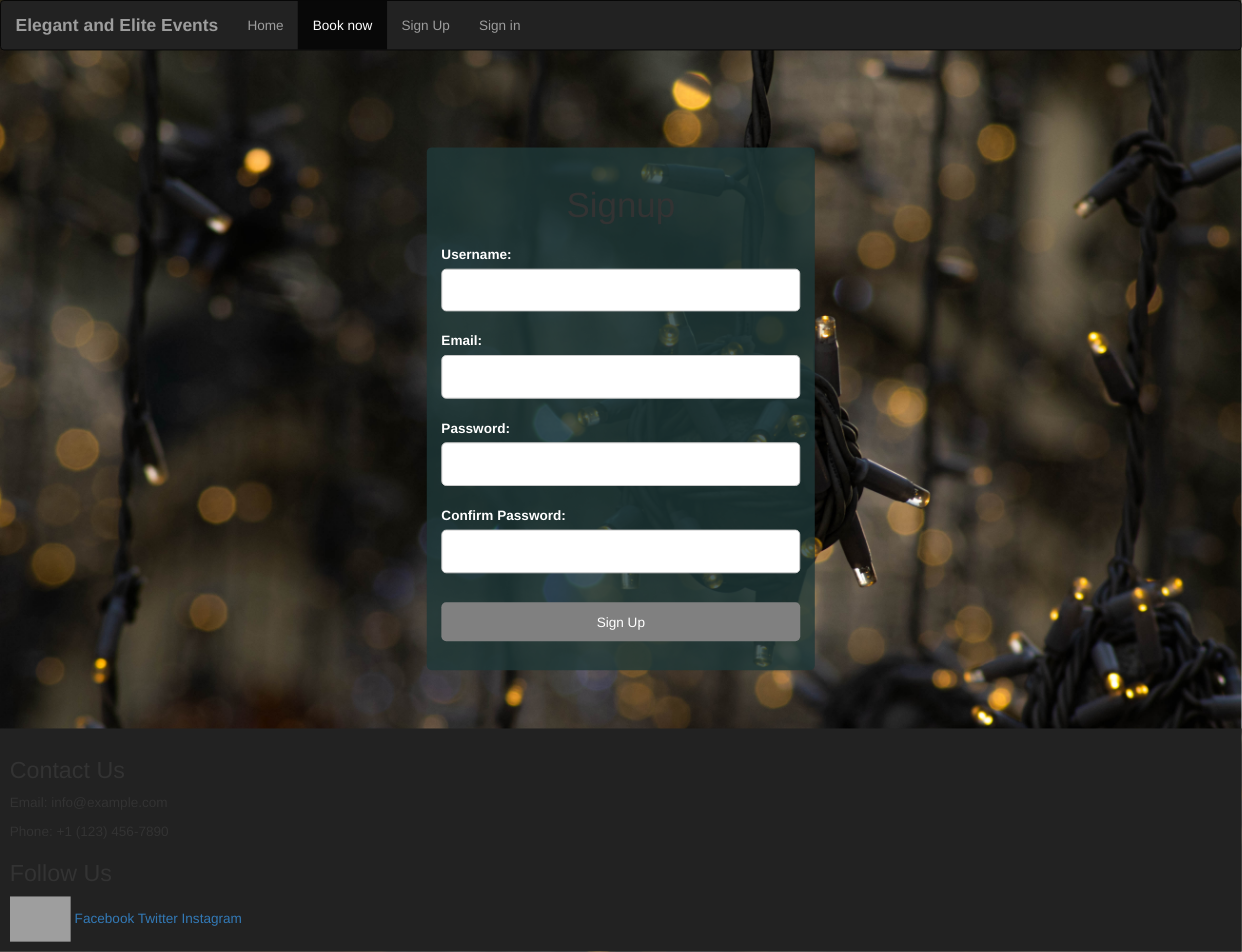
Repository: it22272690/Event-Planning-System
Page: http://localhost/PaymentDemo/Signup.jsp
The author's editor kept a copy of each file at every save. The page is drawn from the files as they stood at one save, then again after the next save.
The browser window is 1280 px wide. The pictures show the whole page, at 97% of full size.
Pictures or frames that could not be fetched are drawn as grey boxes. The page is served by Tomcat 10. Other server files are loaded and not shown.

Above is the page before, as saved 2023-10-23 15:49:21.

### PaymentDemo/src/main/webapp/Signup.jsp
<%@ page language="java" contentType="text/html; charset=ISO-8859-1"
    pageEncoding="ISO-8859-1"%>


<!DOCTYPE html>
<html lang="en">
<head>

    <meta charset="UTF-8">
    <meta name="viewport" content="width=device-width, initial-scale=1.0">
    <title>Event Planning System Signup</title>
    <link rel="stylesheet" href="css\signup.css">
     <title>Bootstrap Example</title>
    <meta charset="utf-8">
    <meta name="viewport" content="width=device-width, initial-scale=1">
    <link rel="stylesheet" href="https://maxcdn.bootstrapcdn.com/bootstrap/3.4.1/css/bootstrap.min.css">
    <script src="https://ajax.googleapis.com/ajax/libs/jquery/3.6.4/jquery.min.js"></script>
    <script src="https://maxcdn.bootstrapcdn.com/bootstrap/3.4.1/js/bootstrap.min.js"></script>
</head>
<body>
    <header>

        <nav class="navbar navbar-inverse">

            <div class="container-fluid">
                <div class="navbar-header">

                    <a class="navbar-brand" href="#"><b>Elegant and Elite Events</b></a>

                </div>
                <ul class="nav navbar-nav">

                    <li ><a href="Home.jsp">Home</a></li>
                    <li class="active"><a href="Navigate.jsp">Book now</a></liclass="active">
                    <li><a href="Signup.jsp">Sign Up</a></li>
                    <li><a href="Signin.jsp">Sign in</a></li>


                </ul>
            </div>
        </nav>

    </header>
</head>
<body>
<style>
   body {

            background-image: url("images/signup.jpg");

        }
        footer {
    background-color: #222; /* Dark background for footer */
    padding: 10px;
    text-align: left;
}
</style>
    <br><br><br><br>
    <div class="container">
        <h1>Signup </h1>
        <form id="signupForm" action="Signin.jsp" method="post">
            <label for="username">Username:</label>
            <input type="text" id="username" name="username" required>

            <label for="email">Email:</label>
            <input type="email" id="email" name="email" required>

            <label for="password">Password:</label>
            <input type="password" id="password" name="password" required>

            <label for="confirmPassword">Confirm Password:</label>
            <input type="password" id="confirmPassword" name="confirmPassword" required><br>

            <button type="submit">Sign Up</button>
        </form>
        <p id="errorText"></p>
    </div>
    <script src="js\signup.js"></script><br><br><br>
    <footer>
            <div class="contact">
                <h3>Contact Us</h3>
                <p>Email: info@example.com</p>
                <p>Phone: +1 (123) 456-7890</p>
            </div>
            <div class="social-media">

                <h3>Follow Us</h3>
                <img src="images\foot.jpg" alt="Chicago" style="width:5%;" style="height:5%;">
                <a href="#">Facebook</a>
                <a href="#">Twitter</a>
                <a href="#">Instagram</a>

            </div>
        </footer>
</body>
</html>

### PaymentDemo/src/main/webapp/css/signup.css
* {
    margin: 0;
    padding: 0;
    box-sizing: border-box;
}

body {
    font-family: 'Times New Roman';
    background-image: url("images\signup.jpg");
    background-repeat: no-repeat;
    background-size: cover;
}

.container {
    max-width: 400px;
    margin: 0 auto;
    padding: 20px;
    background-color: rgba(31, 57, 57, 0.8); /* Semi-transparent background color */
    border-radius: 5px;
}

h1 {
    text-align: center;
    color:#fff;
}

form {
    display: flex;
    flex-direction: column;
    color:#fff;
}

label {
    margin-top: 10px;
    font-weight: bold;
}

input[type="text"],
input[type="email"],
input[type="password"] {
    padding: 10px;
    margin-bottom: 10px;
    border: 1px solid #ccc;
    border-radius: 5px;
    font-size: 16px;
}

button {
    background-color:#808080;
    color:#fff;
    padding: 10px;
    border: none;
    border-radius: 5px;
    font-size: 20px;
    cursor: pointer;
}

    button:hover {
        background-color: rgba(31, 57, 57, 0.8);
    }

#errorText {
    color: red;
    text-align: center;
    margin-top: 10px;
}

### PaymentDemo/src/main/webapp/js/signup.js
document.addEventListener('DOMContentLoaded', function () {
    const signupForm = document.getElementById('signupForm');
    const errorText = document.getElementById('errorText');

    signupForm.addEventListener('submit', function (e) {
        e.preventDefault();

        // Get form values
        const username = document.getElementById('username').value;
        const email = document.getElementById('email').value;
        const password = document.getElementById('password').value;
        const confirmPassword = document.getElementById('confirmPassword').value;

        // Check if passwords match
        if (password !== confirmPassword) {
            errorText.textContent = 'Passwords do not match.';
            return;
        }

        // Perform further validation if needed

        // Submit the form data to the server or perform other actions
        // For demonstration purposes, just display a success message
        errorText.textContent = 'Signup successful!';

        // You would typically send the form data to the server for processing here
    });
});

After the next save:
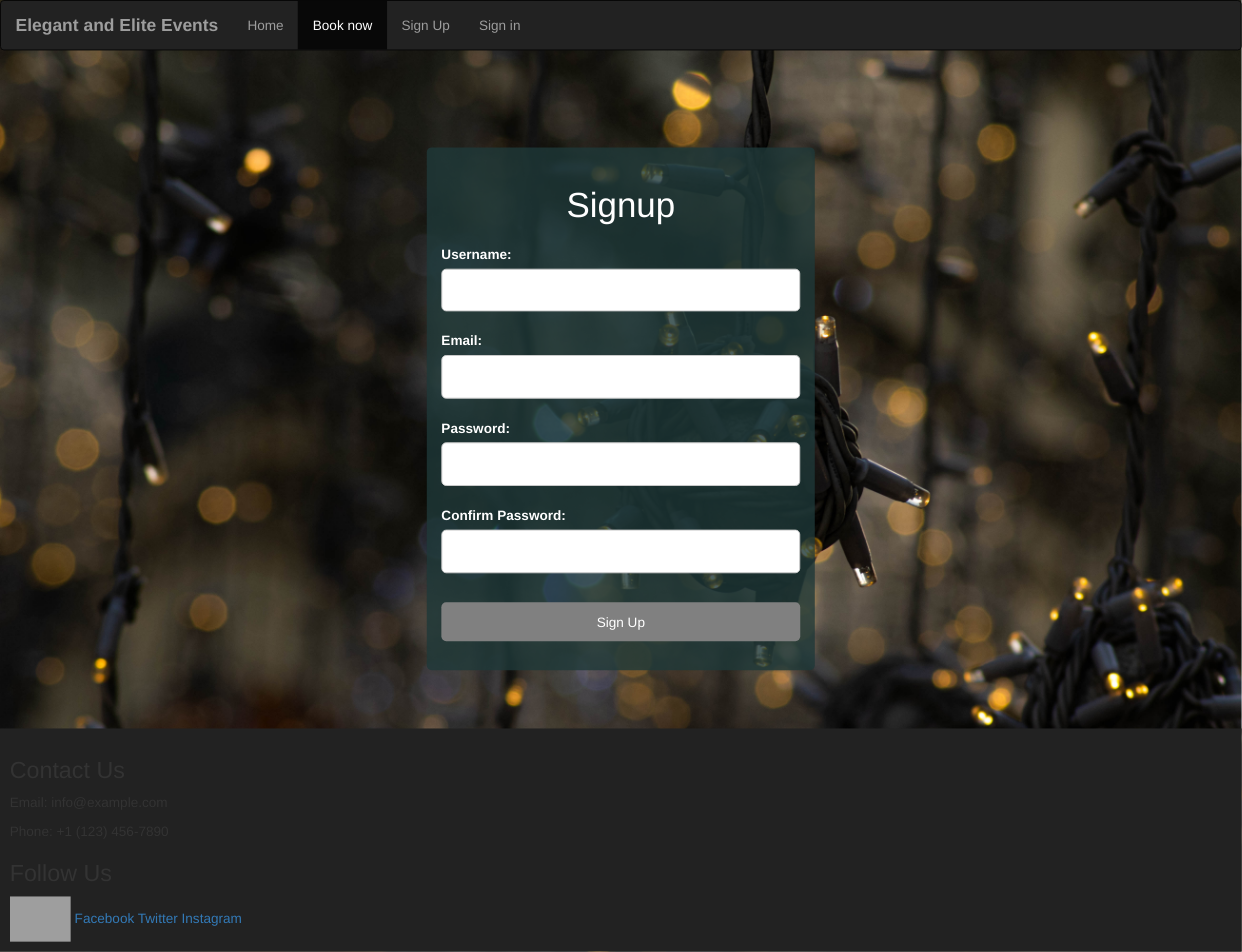
Saved 8 min 59 s later.
--- a/PaymentDemo/src/main/webapp/Signup.jsp
+++ b/PaymentDemo/src/main/webapp/Signup.jsp
@@ -54,6 +54,10 @@
     padding: 10px;
     text-align: left;
 }
+h1 {
+    text-align: center;
+    color:#fff;
+}
 </style>
     <br><br><br><br>
     <div class="container">
